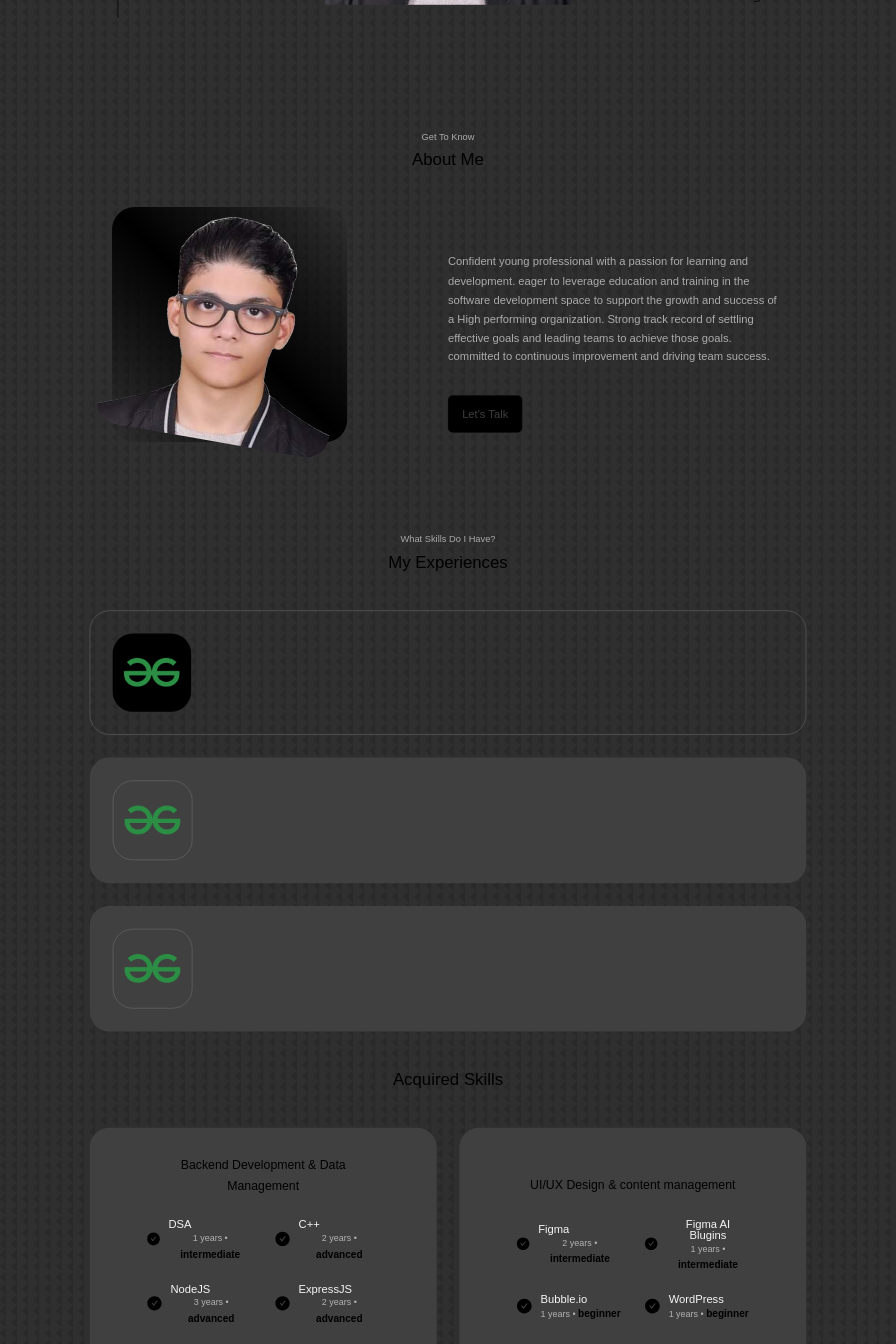
Repository: Z-Bahaa/project_joker_react_portfolio
Page: /
An editor plug-in stored every save of this project. The page is shown before and after the next save, followed by the edit.
The browser window is 1280 px wide. The pictures show the part of the page from y = 807 to 2727 px (the page is 5481 px tall), at 70% of full size.
The pointer rests on the first visible `.history__container>div`.
Some web fonts or font styles are not loaded; a fallback is used. The project was rebuilt for these pictures with package versions that can differ from the ones it lists, and the page was loaded fresh each time. Imported but missing from the stored project, and not drawn on this page: src/assets/resume.pdf.

Above is the page before, as saved 2023-08-21 13:51:33.

After the next save:
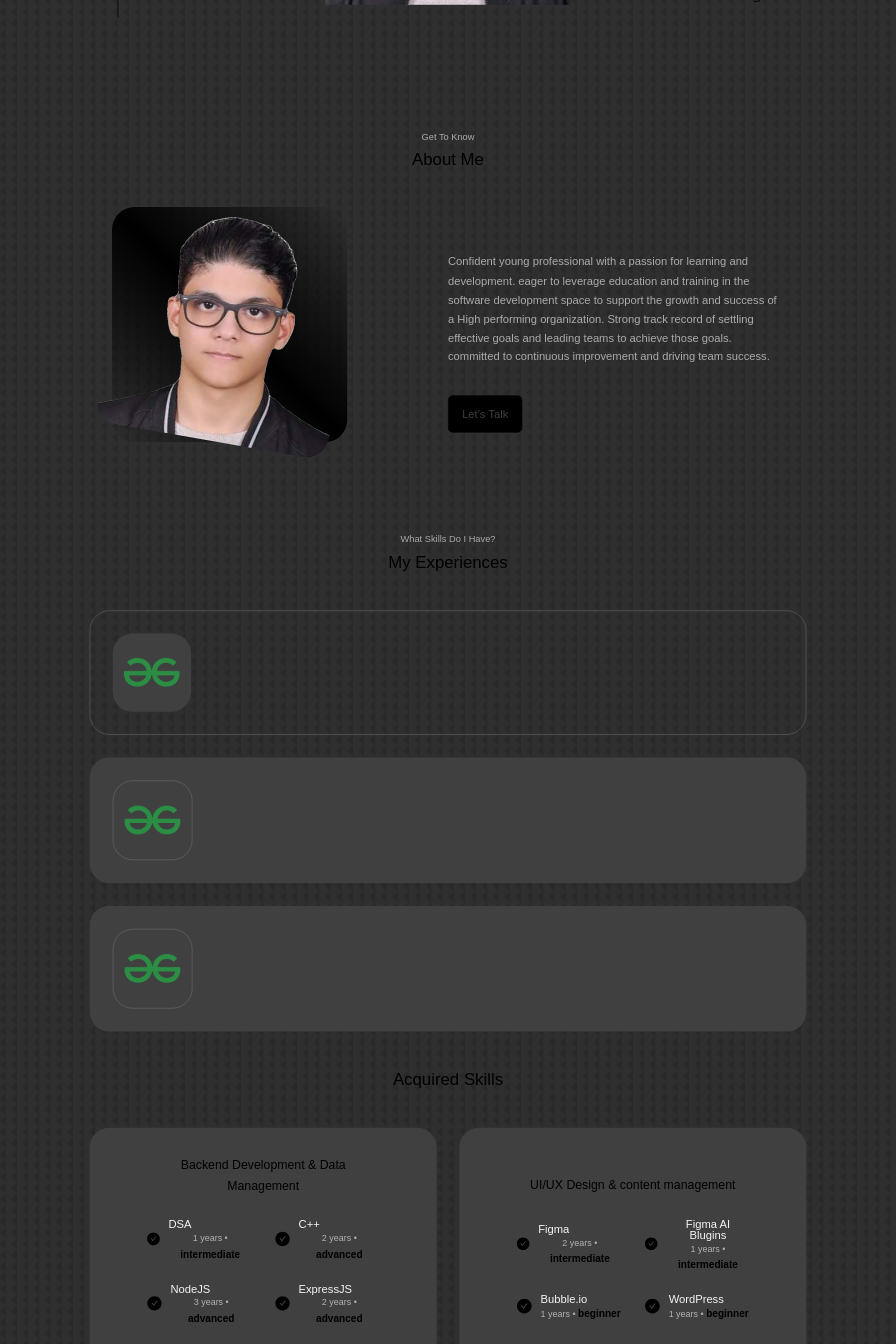
Saved 24 s later.
--- a/src/components/experience/experience.css
+++ b/src/components/experience/experience.css
@@ -62,7 +62,7 @@
   border-color: var(--color-primary-variant);
 }
 .history__container>div:hover .image-container{
-  background: var(--color-primary);
+  background: var(--color-bg-variant);
   border:none
 }
 
